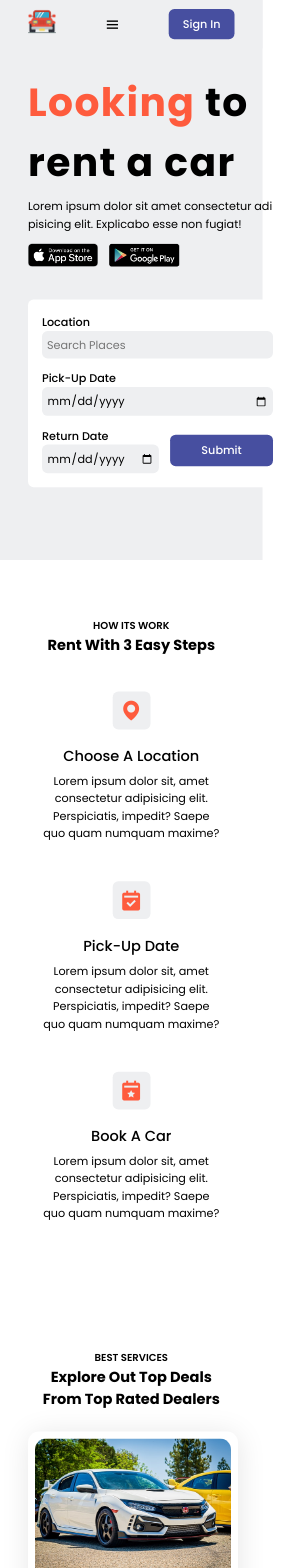
Repository: douglasabnovato/car-rental
Page: index.html
The author's editor kept a copy of each file at every save. The page is drawn from the files as they stood at one save, then again after a run of saves.
The browser window is 375 px wide. The page is 430 px wide, so the pictures cover 430 px, including what lies to the right of the window. The pictures show the part of the page from y = 0 to 2240 px (the page is 6831 px tall), at 70% of full size.

Above is the page before, as saved 2025-05-16 22:10:52.

After the next 2 saves:
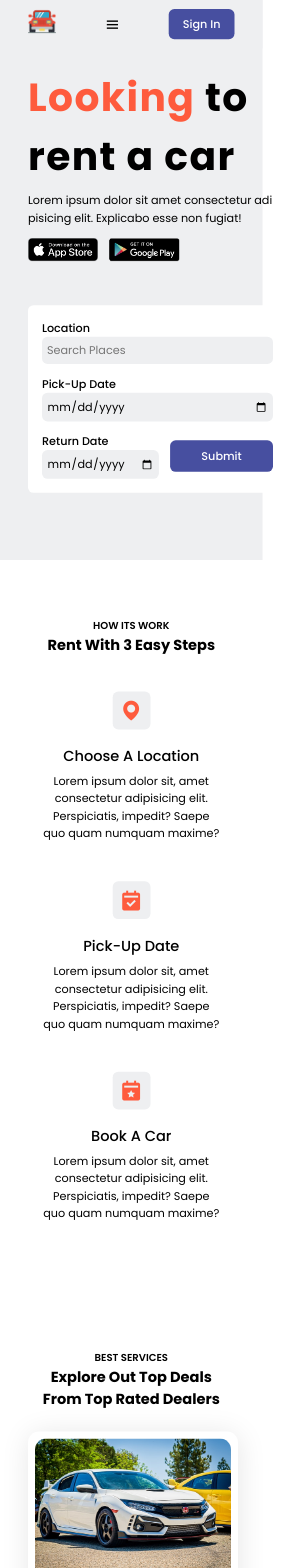
The 2 saves are shown as one change because they came seconds apart.
The last was saved 36 s later.
--- a/style.css
+++ b/style.css
@@ -543,6 +543,10 @@ header {
   .newsletter .box {
     width: 284px;
   }
+
+  .form-container {
+    padding-top: 2rem;
+  }
 }
 
 @media screen and (max-width: 350px) {
